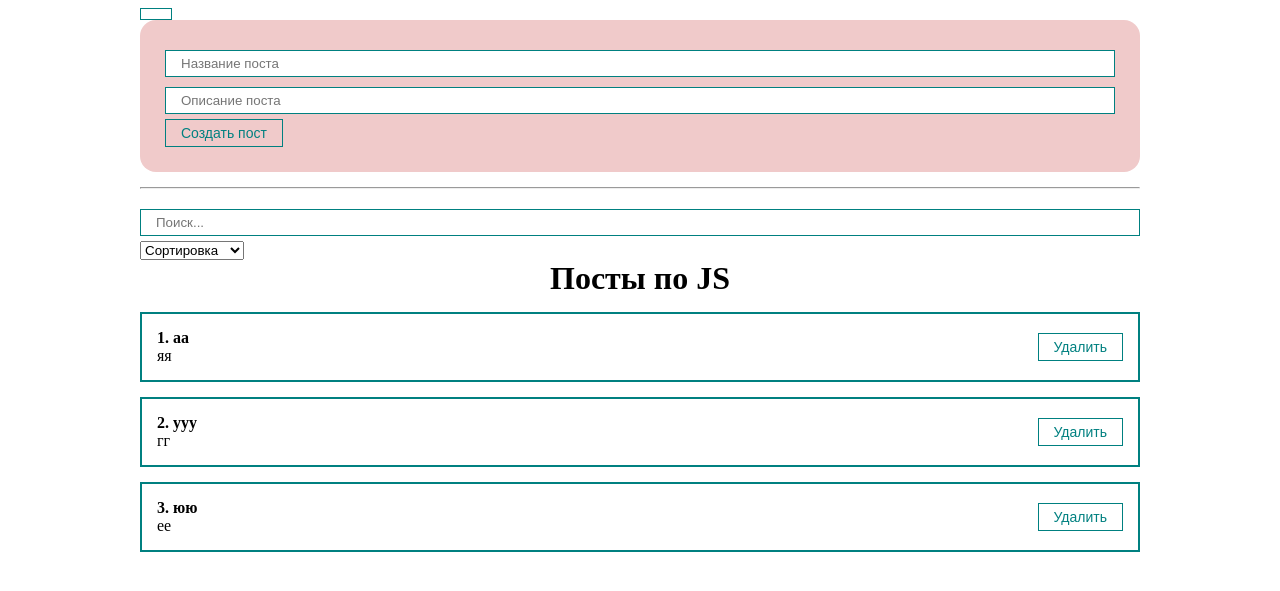
Repository: otvertka/ulb
Page: /
These files come from the project's save history. The page is drawn as it stood at one moment and after the next save; the edit follows.
The browser window is 1280 px wide. The pictures show the whole page.
The project was rebuilt for these pictures with package versions that can differ from the ones it lists, and the page was loaded fresh each time. Also part of the build but not shown: src/components/Counter.jsx, src/components/ClassCounter.jsx.

Above is the page before, as saved 2023-06-13 13:09:25.

### public/index.html
<!DOCTYPE html>
<html lang="en">
  <head>
    <meta charset="utf-8" />
    <meta name="viewport" content="width=device-width, initial-scale=1" />

    <title>React App</title>
  </head>
  <body>
    <noscript>You need to enable JavaScript to run this app.</noscript>
    <div id="root">
      <!-- ЗДЕСЬ БУДЕТ НАШЕ JS ПРИЛОЖЕНИЕ -->
    </div>
  </body>
</html>

### src/index.js
import React from "react";
import ReactDOM from "react-dom";
import App from "./App";

// const root = ReactDOM.createRoot(document.getElementById("root"));
// root.render(<App />);
ReactDOM.render(<App />, document.getElementById("root"));

### src/App.js
import React, { useState, useMemo, useRef } from "react";

import Counter from "./components/Counter";
import ClassCounter from "./components/ClassCounter";
import "./styles/App.css";
import PostItem from "./components/PostItem";
import PostList from "./components/PostList";
import MyButton from "./components/UI/button/MyButton";
import MyInput from "./components/UI/input/MyInput";
import PostForm from "./components/PostForm";
import MySelect from "./components/UI/select/MySelect";
import PostFilter from "./components/PostFilter";
import MyModal from "./components/UI/MyModal/MyModal";

function App() {
  const [posts, setPosts] = useState([
    { id: 1, title: "аа", body: "яя" },
    { id: 2, title: "ууу", body: "гг" },
    { id: 3, title: "юю", body: "ее" },
  ]);

  const [filter, setFilter] = useState({ sort: "", query: "" });
  const [modal, setModal] = useState(false);

  const sortedPosts = useMemo(() => {
    // console.log("ОТРАБОТАЛА ФУНКЦИЯ СОРТЕД ПОСТ");
    if (filter.sort) {
      return [...posts].sort(
        (a, b) => a[filter.sort].localeCompare(b[filter.sort]) // развернём Посты в новый массив и мутируем его
      );
    }
    return posts;
  }, [filter.sort, posts]);

  const sortedAndSearchedPosts = useMemo(() => {
    return sortedPosts.filter((post) =>
      post.title.toLowerCase().includes(filter.query.toLowerCase())
    );
  }, [filter.query, sortedPosts]);

  const createPost = (newPost) => {
    setPosts([...posts, newPost]);
  };

  // Получаем post из дочернего компонента
  const removePost = (post) => {
    setPosts(posts.filter((p) => p.id !== post.id));
  };

  // импортируем компонент
  return (
    <div className="App">
      <MyButton onClick={() => setModal(true)}></MyButton>
      <MyModal visible={modal} setVisible={setModal}>
        <PostForm create={createPost} />
      </MyModal>
      {/* передаём в компонент функцию обратного вызова, чтобы добавить в родительский массив дочерний новый элемент */}

      <hr style={{ margin: "15px 0" }} />
      <PostFilter filter={filter} setFilter={setFilter} />
      <PostList
        remove={removePost}
        posts={sortedAndSearchedPosts}
        title="Посты по JS"
      />
    </div>
  );
}

export default App;

### src/styles/App.css
* {
  margin: 0;
  padding: 0;
  box-sizing: border-box;
}

/* Рут- блок из index.html */
#root {
  display: flex;
  justify-content: center;
}

.App {
  width: 1000px;
}

.post {
  display: flex;
  padding: 15px;
  border: 2px solid teal;
  margin-top: 15px;
  justify-content: space-between;
  align-items: center;
}

### src/components/PostItem.jsx
import React from "react";
import MyButton from "./UI/button/MyButton";

// Props - входные данные в контексте Реакта. Можно представлять, что это аргумент функции, в кот. мы можем что-то передавать снаружи
const PostItem = (props) => {
  // console.log(props);
  return (
    <div className="post">
      <div className="post__content">
        <strong>
          {props.number}. {props.post.title}
        </strong>
        <div>{props.post.body}</div>
      </div>
      <div className="post__btns">
        <MyButton onClick={() => props.remove(props.post)}>Удалить</MyButton>
      </div>
    </div>
  );
};

export default PostItem;

### src/components/PostList.jsx
import React from "react";
import PostItem from "./PostItem";

const PostList = ({ posts, title, remove }) => {
  return (
    <div>
      <h1 style={{ textAlign: "center" }}>{title}</h1>
      {posts.map((post, index) => (
        <PostItem
          remove={remove}
          number={index + 1}
          post={post}
          key={post.id}
        />
      ))}
    </div>
  );
};

export default PostList;

### src/components/UI/button/MyButton.jsx
import React from "react";
import classes from "./MyButton.module.css";

const MyButton = ({ children, ...props }) => {
  return (
    //
    <button {...props} className={classes.myBtn}>
      {children}
    </button>
  );
};

export default MyButton;

### src/components/UI/input/MyInput.jsx
import React from "react";
import classes from "./MyInput.module.css";

const MyInput = React.forwardRef((props, ref) => {
  return (
    //
    <input ref={ref} className={classes.myInput} {...props} />
  );
});

export default MyInput;

### src/components/PostForm.jsx
import React, { useState } from "react";
import MyInput from "./UI/input/MyInput";
import MyButton from "./UI/button/MyButton";

const PostForm = ({ create }) => {
  const [post, setPost] = useState({ title: "", body: "" });

  const addNewPost = (e) => {
    e.preventDefault();

    const newPost = { ...post, id: Date.now() };
    create(newPost);
    setPost({ title: "", body: "" });
  };
  return (
    <form>
      {/* Управляемый компонент */}
      <MyInput
        value={post.title}
        onChange={(e) => setPost({ ...post, title: e.target.value })}
        type="text"
        placeholder="Название поста"
      ></MyInput>
      {/* Неуправляемый\ Неконтролируемый компонент */}
      <MyInput
        value={post.body}
        onChange={(e) => setPost({ ...post, body: e.target.value })}
        type="text"
        placeholder="Описание поста"
      ></MyInput>
      <MyButton onClick={addNewPost}>Создать пост</MyButton>
    </form>
  );
};

export default PostForm;

### src/components/UI/select/MySelect.jsx
import React from "react";

const MySelect = ({ options, defaultValue, value, onChange }) => {
  return (
    //
    <select value={value} onChange={(event) => onChange(event.target.value)}>
      <option disabled value="">
        {defaultValue}
      </option>
      {options.map((option) => (
        <option key={option.value} value={option.value}>
          {option.name}
        </option>
      ))}
    </select>
  );
};

export default MySelect;

### src/components/PostFilter.jsx
import React from "react";
import MyInput from "./UI/input/MyInput";
import MySelect from "./UI/select/MySelect";

const PostFilter = ({ filter, setFilter }) => {
  return (
    //
    <div>
      <MyInput
        value={filter.query}
        onChange={(e) => setFilter({ ...filter, query: e.target.value })}
        placeholder="Поиск..."
      />
      <MySelect
        value={filter.sort}
        onChange={(selectedSort) =>
          setFilter({ ...filter, sort: selectedSort })
        }
        defaultValue="Сортировка"
        options={[
          { value: "title", name: "По названию" },
          { value: "body", name: "По описанию" },
        ]}
      />
    </div>
  );
};

export default PostFilter;

### src/components/UI/MyModal/MyModal.jsx
import React from "react";
import cl from "./MyModal.module.css";

const MyModal = ({ children, visible, setVisible }) => {
  const rootClasses = [cl.MyModal];

  if (visible) {
    rootClasses.push(cl.active);
  }
  return (
    <div className={rootClasses.join(" ")}>
      <div className={cl.myModalContent}>{children}</div>
    </div>
  );
};

export default MyModal;

### src/components/UI/MyModal/MyModal.module.css
.myModal {
  position: fixed;
  top: 0;
  bottom: 0;
  right: 0;
  left: 0;
  display: none;
  background: rgba(0, 0, 0, 0.4);
}

.myModalContent {
  padding: 25px;
  background: rgb(240, 202, 202);
  border-radius: 16px;
  min-width: 250px;
}

.myModal.active {
  display: flex;
  justify-content: center;
  align-items: center;
}

Loaded but not shown: src/components/UI/button/MyButton.module.css (common file); src/components/UI/input/MyInput.module.css (common file)

After the next save:
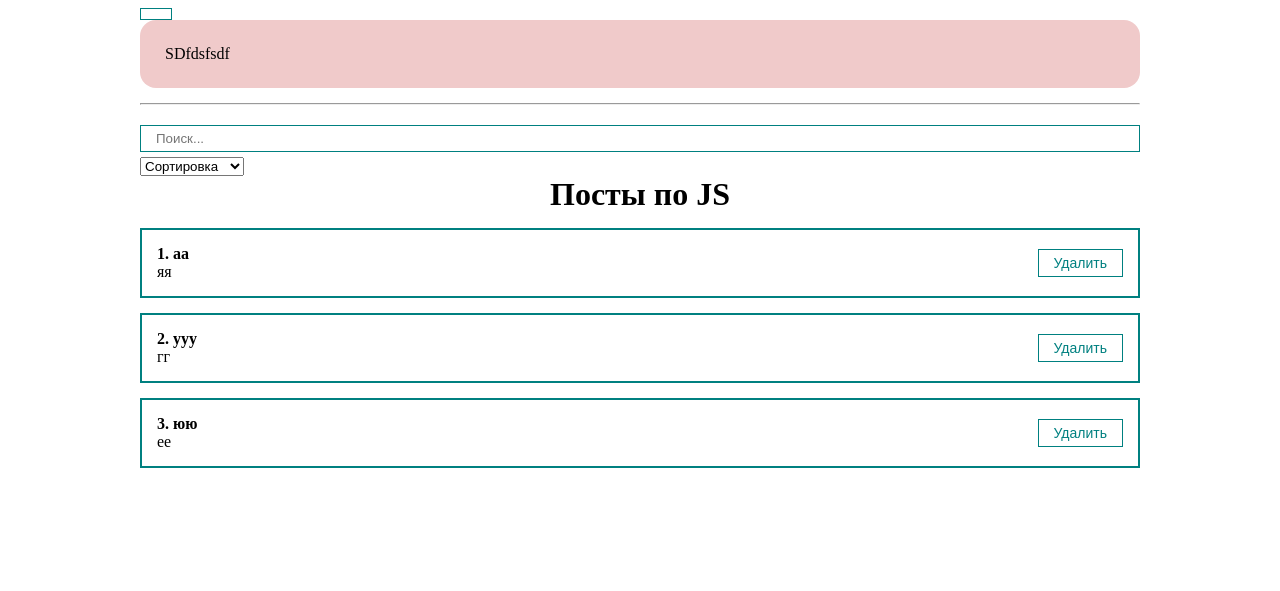
Saved 54 s later.
--- a/src/App.js
+++ b/src/App.js
@@ -51,9 +51,7 @@
   return (
     <div className="App">
       <MyButton onClick={() => setModal(true)}></MyButton>
-      <MyModal visible={modal} setVisible={setModal}>
-        <PostForm create={createPost} />
-      </MyModal>
+      <MyModal> SDfdsfsdf</MyModal>
       {/* передаём в компонент функцию обратного вызова, чтобы добавить в родительский массив дочерний новый элемент */}
 
       <hr style={{ margin: "15px 0" }} />

After the save that followed:
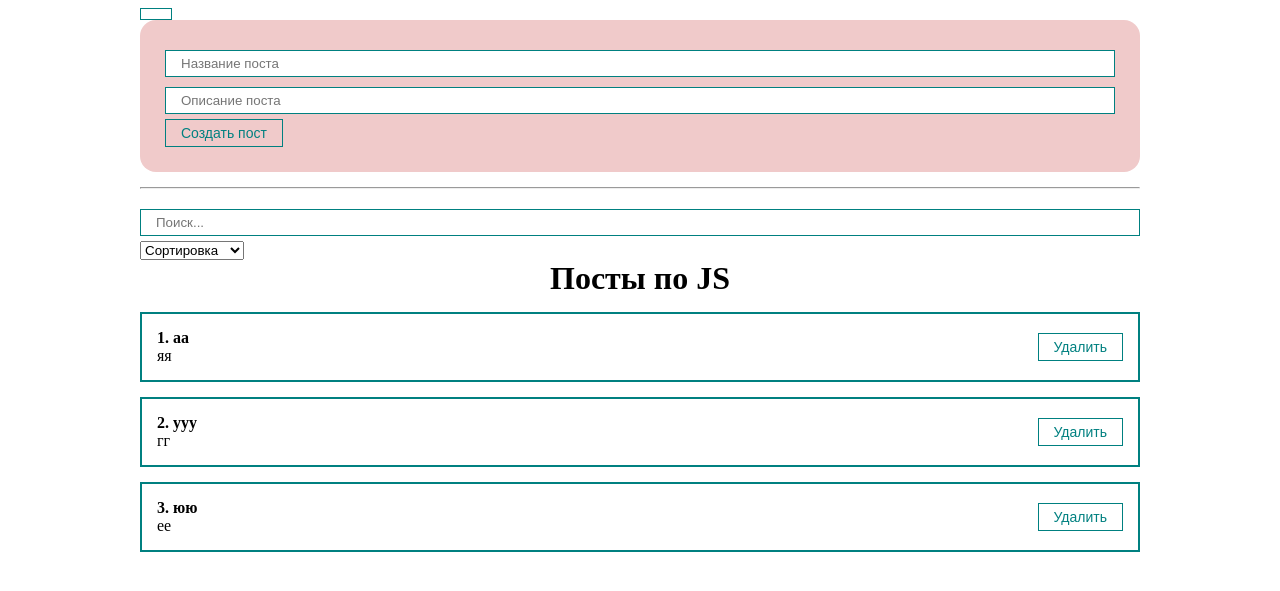
Saved 35 s later.
--- a/src/App.js
+++ b/src/App.js
@@ -51,7 +51,9 @@
   return (
     <div className="App">
       <MyButton onClick={() => setModal(true)}></MyButton>
-      <MyModal> SDfdsfsdf</MyModal>
+      <MyModal visible={modal} setVisible={setModal}>
+        <PostForm create={createPost} />
+      </MyModal>
       {/* передаём в компонент функцию обратного вызова, чтобы добавить в родительский массив дочерний новый элемент */}
 
       <hr style={{ margin: "15px 0" }} />
